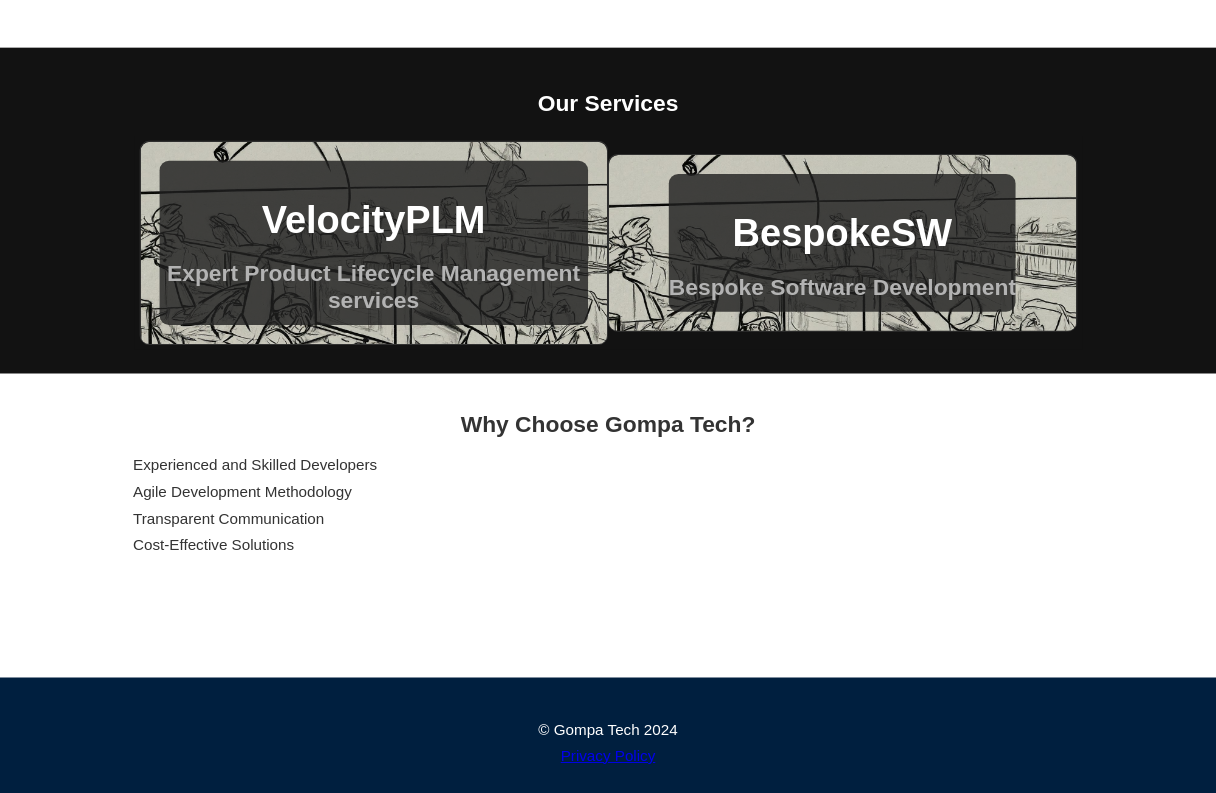
Repository: gompatech/website
Page: d3/index.html
These files come from the project's save history. The page is drawn as it stood at one moment and after the next save; the edit follows.
The browser window is 1280 px wide. The pictures show the part of the page from y = 257 to 1279 px (the page is 1092 px tall before and 1279 px after), at 95% of full size.

Above is the page before, as saved 2024-07-24 12:07:47.

After the next save:
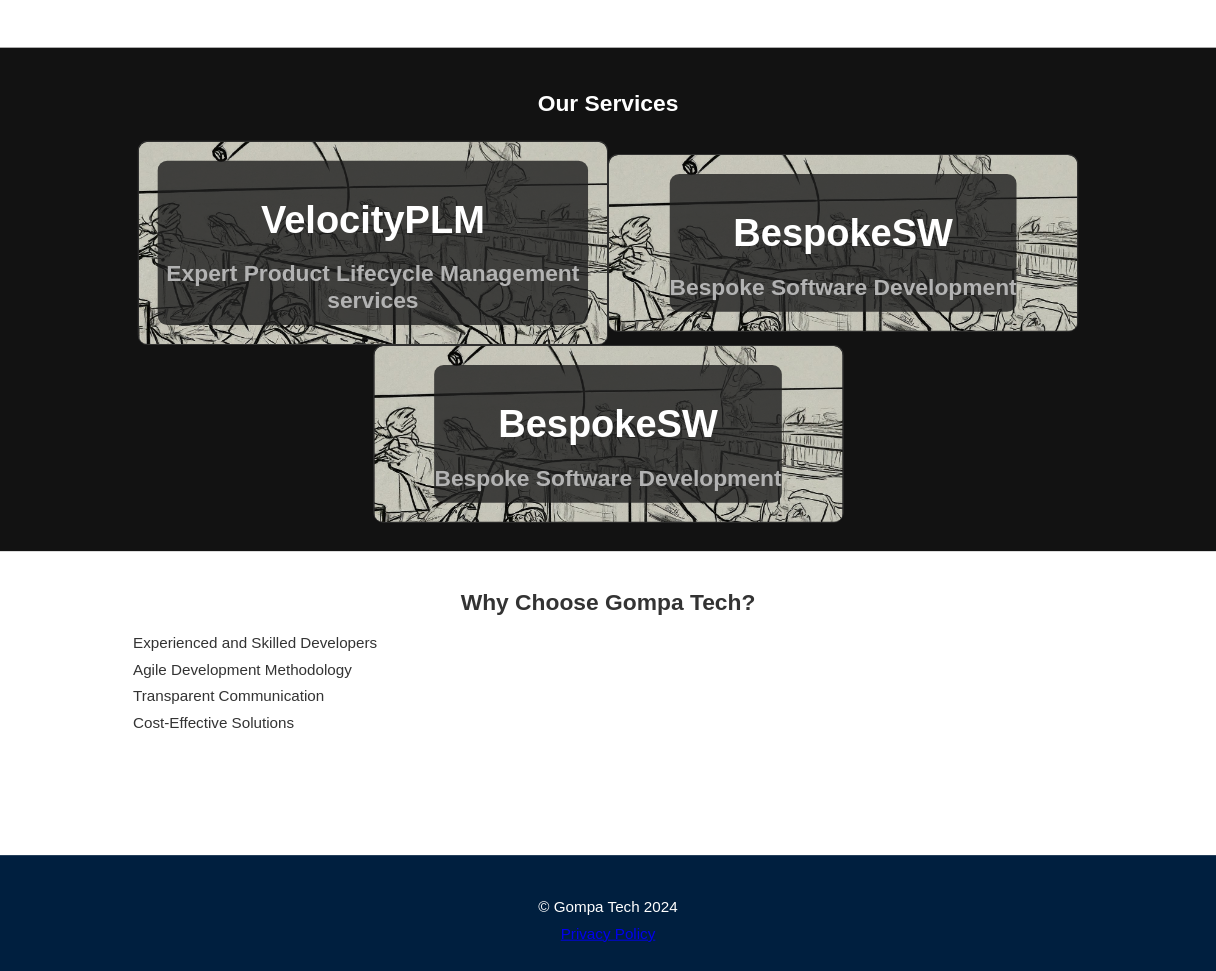
Saved 2 min 10 s later.
--- a/d3/index.html
+++ b/d3/index.html
@@ -39,6 +39,14 @@
                 <div class="text-content">
                     <h1>VelocityPLM</h1>
                     <h2>Expert Product Lifecycle Management services</h2>
+                </div>
+                <img src="./images/vPLMold.jpg" alt="VelocityPLM Old" class="active">
+                <img src="./images/vPLMnew.jpg" alt="VelocityPLM New" class="inactive">
+            </div>
+            <div class="services-container">
+                <div class="text-content">
+                    <h1>BespokeSW</h1>
+                    <h2>Bespoke Software Development</h2>
                 </div>
                 <img src="./images/vPLMold.jpg" alt="VelocityPLM Old" class="active">
                 <img src="./images/vPLMnew.jpg" alt="VelocityPLM New" class="inactive">
